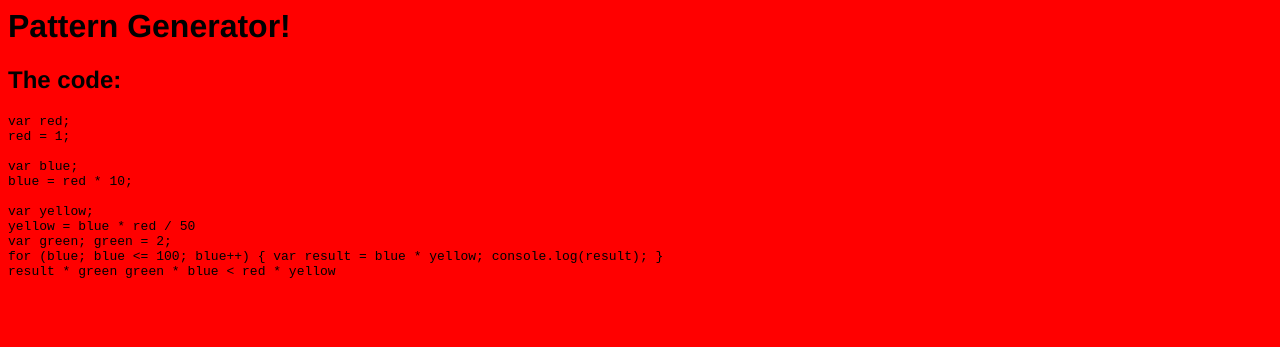
Repository: simonekurtz/simonekurtz.github.io
Page: 4ASGN_JAVA1/index.html
The author's editor kept a record of every edit. The page is drawn from the files as they stood at one moment, then again after the next edit.
The browser window is 1280 px wide. The pictures show the whole page.

Above is the page before.

### 4ASGN_JAVA1/index.html
<html>
    <head>
       <title>Pattern Generator!</title>
         <link rel="stylesheet" href="styles.css" href="pattern.js">
    </head>
    <body>
        <h1>Pattern Generator!</h1>
        <h2>The code:</h2>
        <p>
            <code>
                var red; <br>
                red = 1;
            <br>
            <br>
                var blue;<br>
                blue = red * 10;
            <br>
            <br>
                var yellow;<br>
                yellow = blue * red / 50
            <br>
                var green;
                green = 2;
            <br>
                for (blue; blue <= 100; blue++) {
                   var result = blue * yellow;
                   console.log(result);
                }
            <br>
                result * green
                green * blue < red * yellow
            </code>
        </p>
    </body>
</html>

### styles.css
body {
    background: red;
    font-family: helvetica;
    cursor: none;
}

.header {

}

After the next edit:
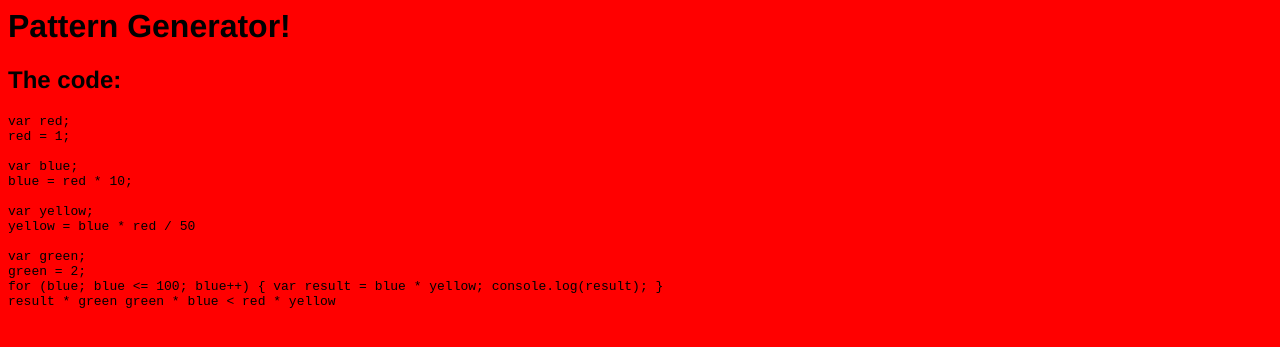
The edit:
--- a/4ASGN_JAVA1/index.html
+++ b/4ASGN_JAVA1/index.html
@@ -19,7 +19,8 @@
                 var yellow;<br>
                 yellow = blue * red / 50
             <br>
-                var green;
+            <br>
+                var green; <br>
                 green = 2;
             <br>
                 for (blue; blue <= 100; blue++) {
